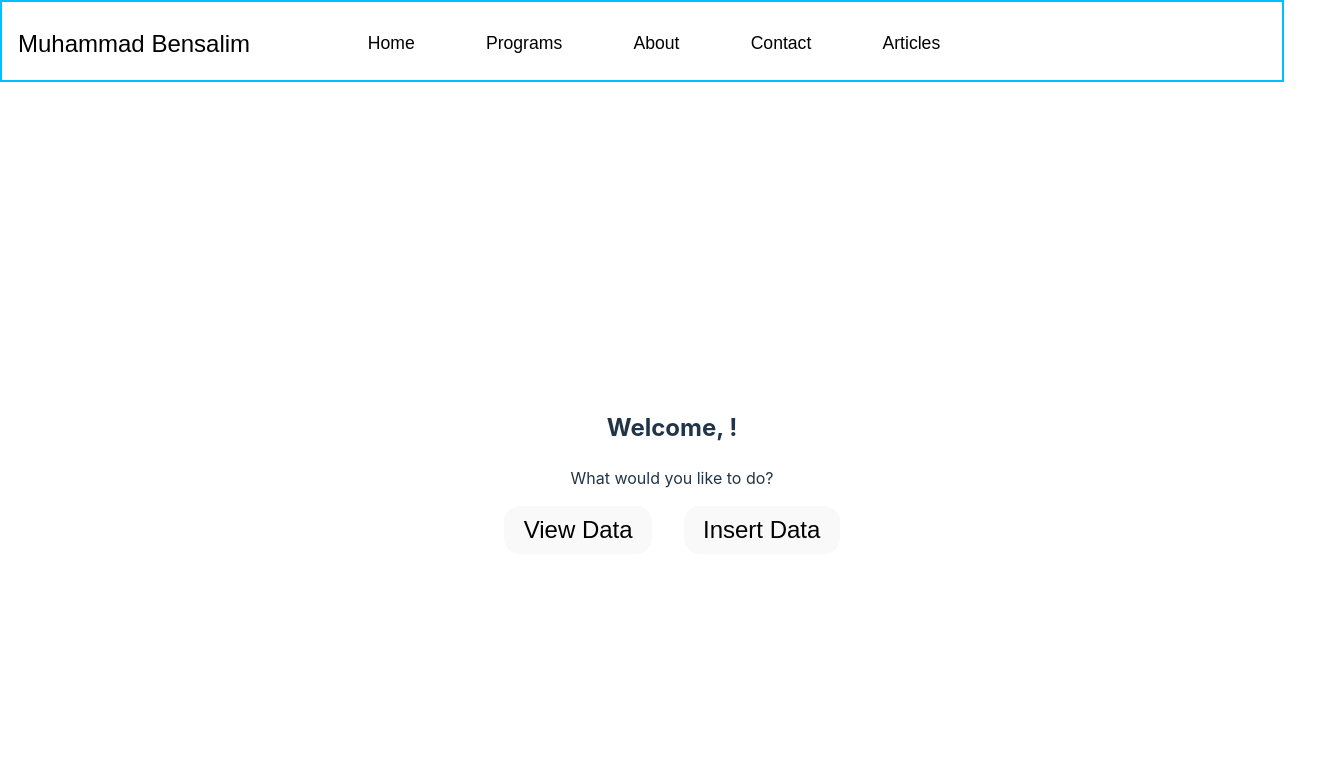
Repository: TMuse333/fitness_templates
Page: /progress
An editor plug-in stored every save of this project. The page is shown before and after the next save, followed by the edit.
The browser window is 1280 px wide. The page is 1344 px wide, so the pictures cover 1344 px, including what lies to the right of the window. The pictures show the whole page.
The project was rebuilt for these pictures with package versions that can differ from the ones it lists, and the page was loaded fresh each time. Also part of the build but not shown: vite.config.js, src/components/herobanner/herobanner.css, src/components/herobanner/herobanner.jsx, src/components/about/about.css, src/components/about/about.jsx, src/components/serviceOffering/serviceOffering.css, src/components/serviceOffering/serviceOffering.jsx, src/components/content/content.css and 38 more. Imported but missing from the stored project, and not drawn on this page: src/media/best_dunk.mp4.

Above is the page before, as saved 2024-03-14 18:34:57.

After the next save:
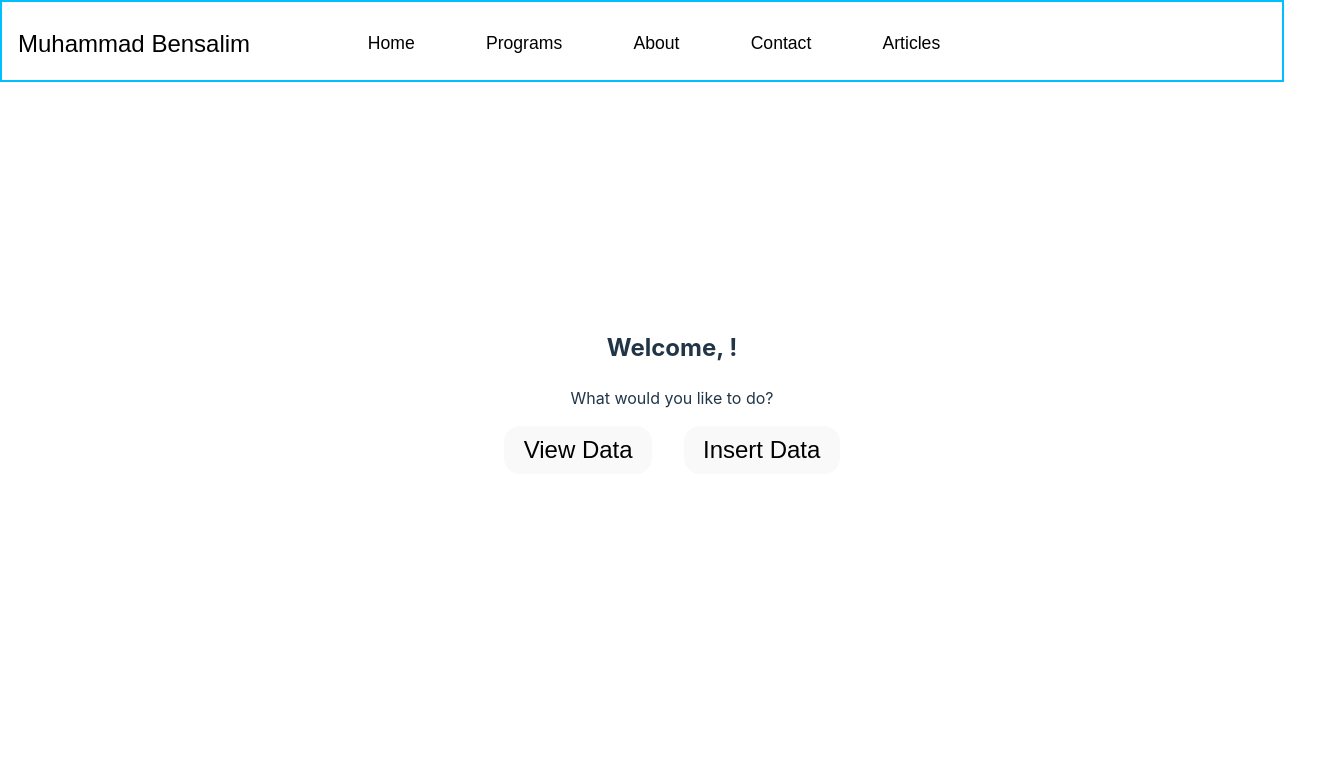
Saved 28 s later.
--- a/src/components/login/login.css
+++ b/src/components/login/login.css
@@ -48,7 +48,7 @@
 .tracker-options-container{
     margin: 0 auto;
     width: 100vw;
-    margin-top: 10rem;
+
 }
 
 .tracker-options-container button:first-child{
